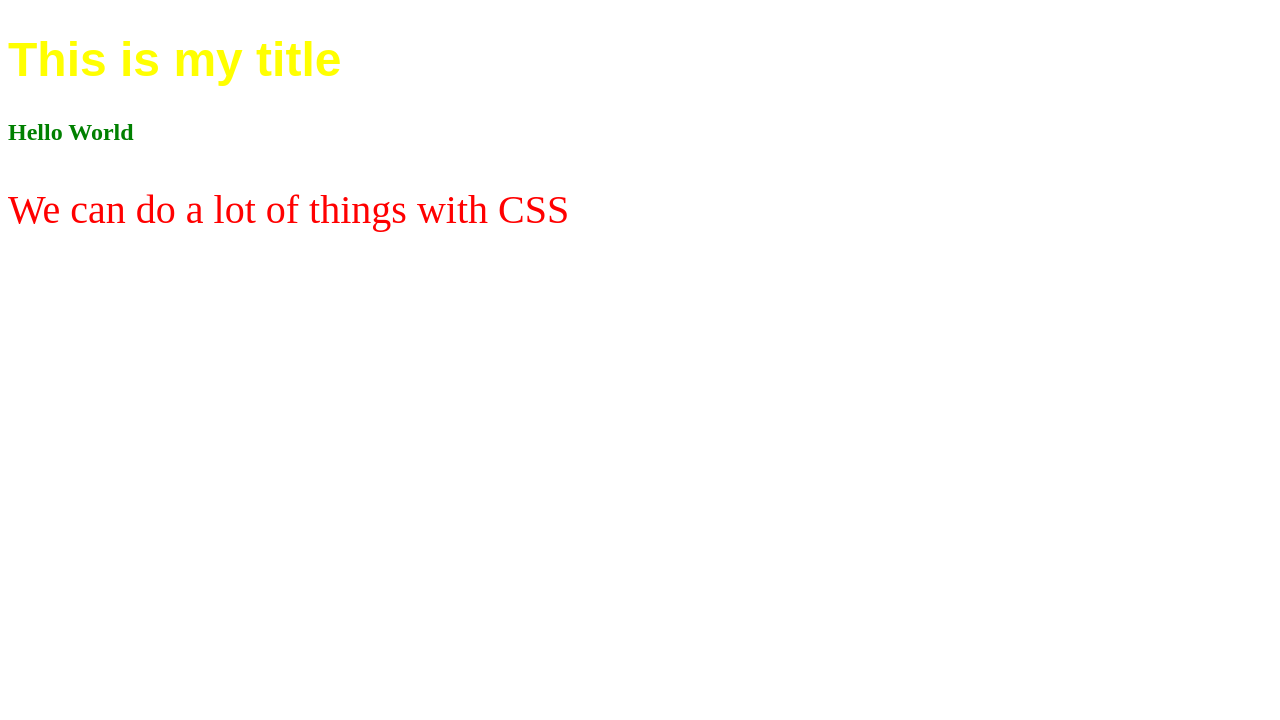
Repository: kchia/nycod14-class-demo
Page: index.html
The author's editor kept a record of every edit. The page is drawn from the files as they stood at one moment, then again after the next edit.
The browser window is 1280 px wide. The pictures show the whole page.

Above is the page before.

### index.html
<!DOCTYPE html>
<html>
    <head>
        <title>Example Page</title>
        <link rel="stylesheet" href="styles/styles.css">
    </head>
    <body>
        <!--inline styling-->
        <h1 class="font-selector" style="color:yellow; font-size:48px">This is my title</h1>
        <h2 class="hello-world-selector">Hello World</h2>
        <p class="font-selector" id="paragraph">
          We can do a lot of things with CSS
        </p>
        <div></div>
    </body>
</html>

### styles/styles.css
#paragraph {
    font-size: 40px;
    font-family: Comic Sans;
    color: red;
}

.font-selector {
    font-family: Arial;
}

h2 {
    color: blue;
}
.hello-world-selector {
    color: green;
}

After the next edit:
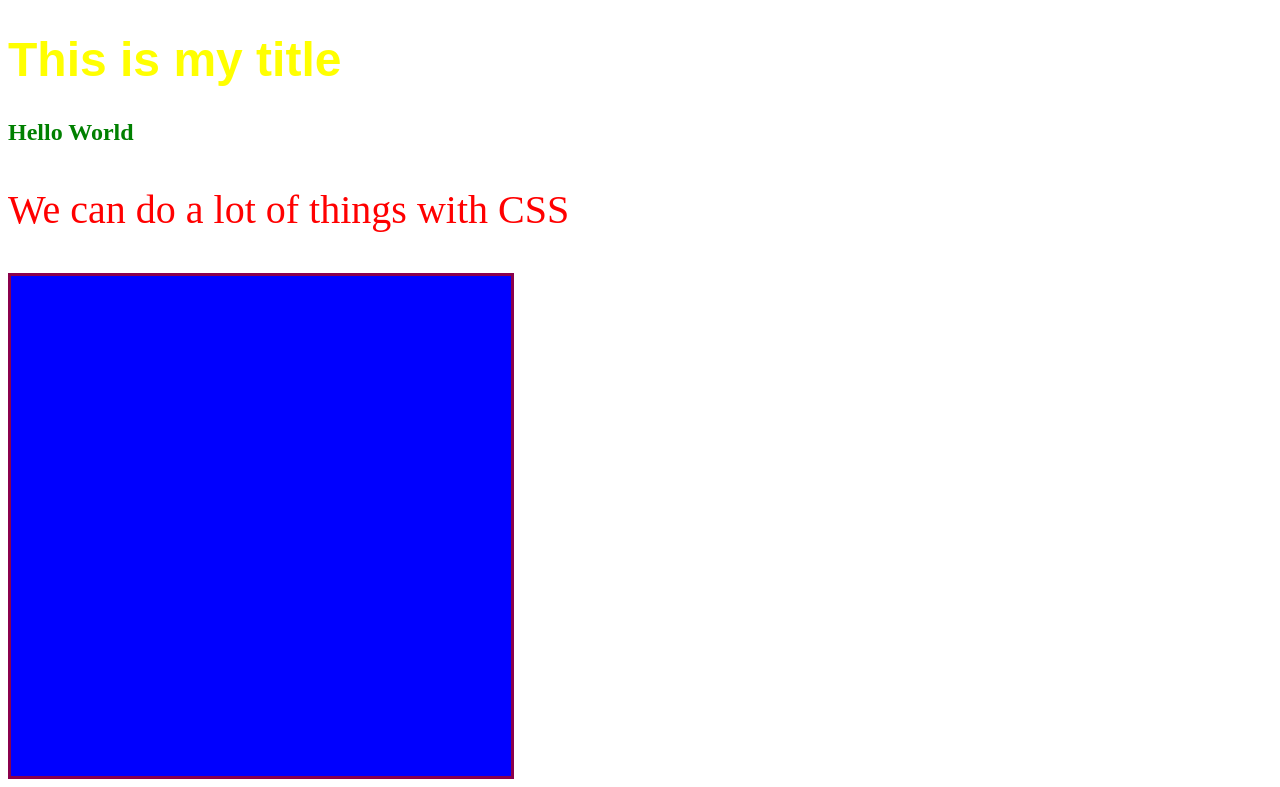
The edit:
--- a/styles/styles.css
+++ b/styles/styles.css
@@ -14,3 +14,10 @@ h2 {
 .hello-world-selector {
     color: green;
 }
+
+div {
+    width: 500px;
+    height: 500px;
+    background-color: blue;
+    border: 3px solid #8a004c;
+}
